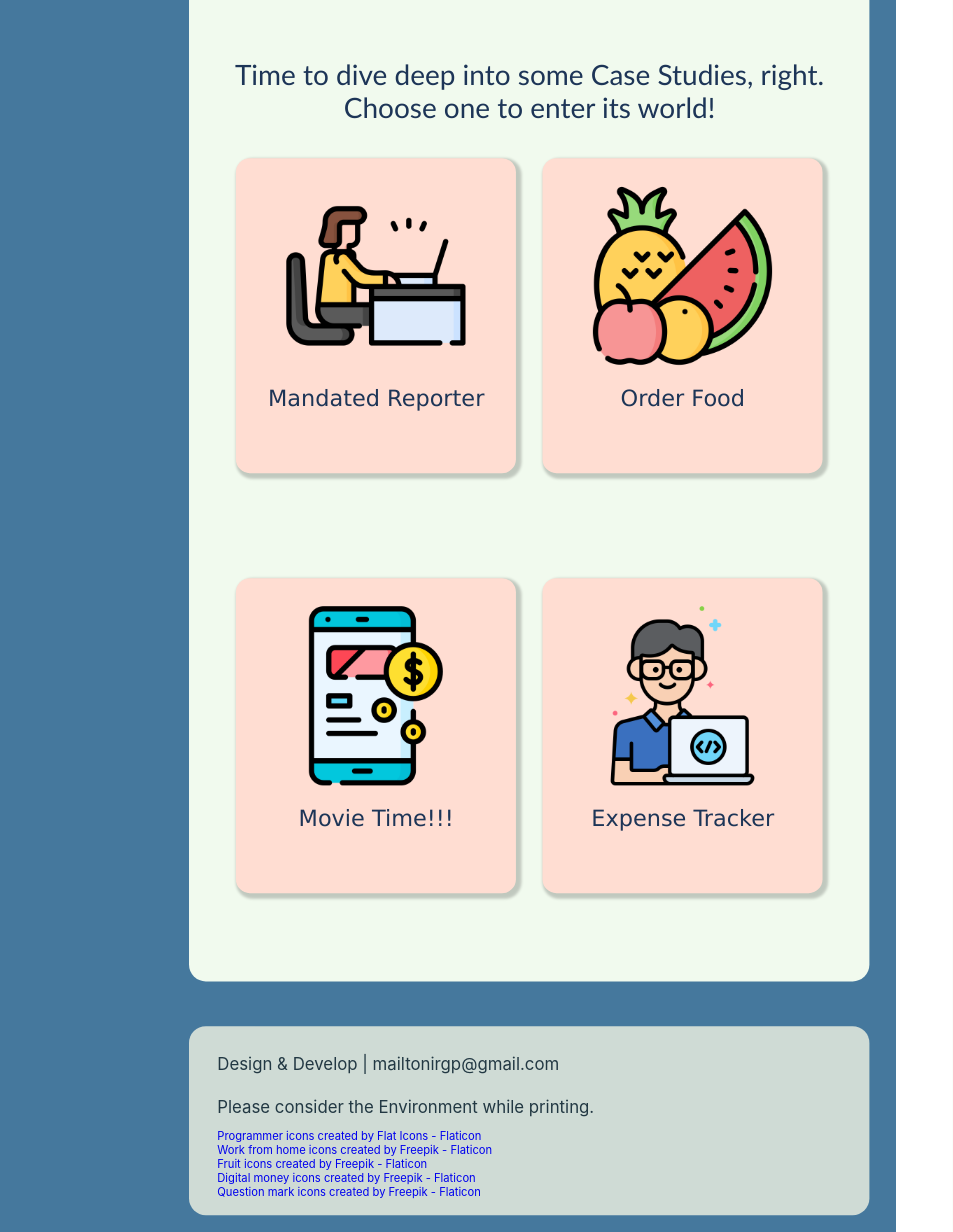
Repository: niranjangp/portfolioReact
Page: /
The author's editor kept a copy of each file at every save. The page is drawn from the files as they stood at one save, then again after the next save.
The browser window is 1280 px wide. The page is 1361 px wide, so the pictures cover 1361 px, including what lies to the right of the window. The pictures show the part of the page from y = 1390 to 3150 px (the page is 3150 px tall), at 70% of full size.
The project was rebuilt for these pictures with package versions that can differ from the ones it lists, and the page was loaded fresh each time. Also part of the build but not shown: src/pages/csOne.jsx, src/pages/csTwo.jsx, src/pages/csThree.jsx, src/pages/csFour.jsx, src/pages/notFound.jsx.

Above is the page before, as saved 2022-02-01 19:35:44.

After the next save:
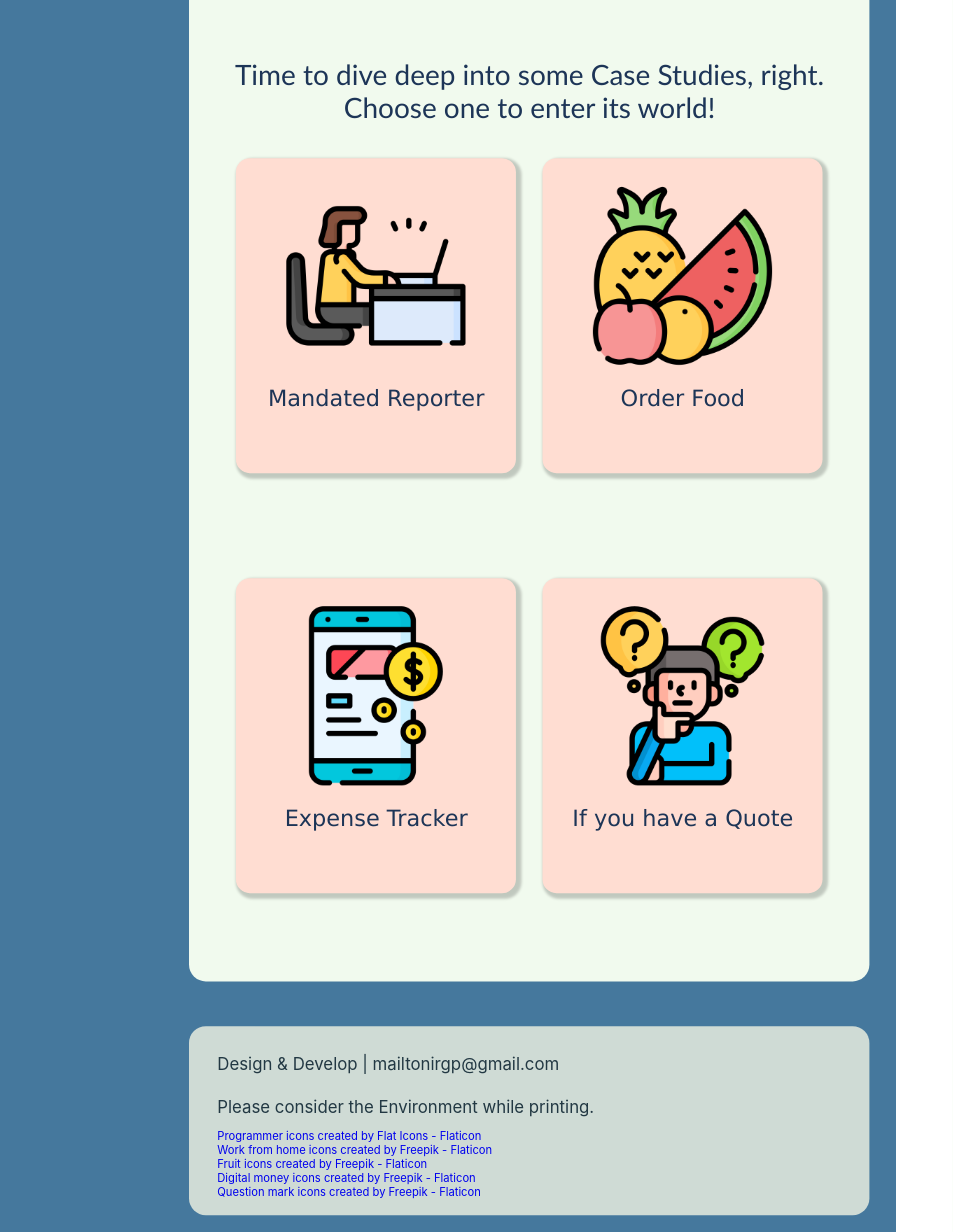
Saved 6 s later.
--- a/src/pages/enterDesign.jsx
+++ b/src/pages/enterDesign.jsx
@@ -3,6 +3,7 @@ import Icons from '../assets/programmer.png';
 import WorkingIcon from '../assets/working.png';
 import FoodIcon from '../assets/fruit.png';
 import ExpIcon from '../assets/expense.png';
+import QuoteIcon from '../assets/quote.png';
 import { Link } from 'react-router-dom';
 
 
@@ -53,15 +54,15 @@ const enterDesign = () => {
                     <div className="card" >
                     <Link to="/cs-three">
                         <img src={ExpIcon} alt="card-icon" className='card-icon' />
-                        <p>Movie Time!!!</p>
+                        <p>Expense Tracker</p>
                         </Link>
                     </div>
                 </div>
                 <div className='card-box'>
                     <div className="card" >
                     <Link to="/cs-four">
-                        <img src={avatarIcon} alt="card-icon" className='card-icon' />
-                        <p>Expense Tracker</p>
+                        <img src={QuoteIcon} alt="card-icon" className='card-icon' />
+                        <p>If you have a Quote</p>
                         </Link>
                     </div>
                 </div>
